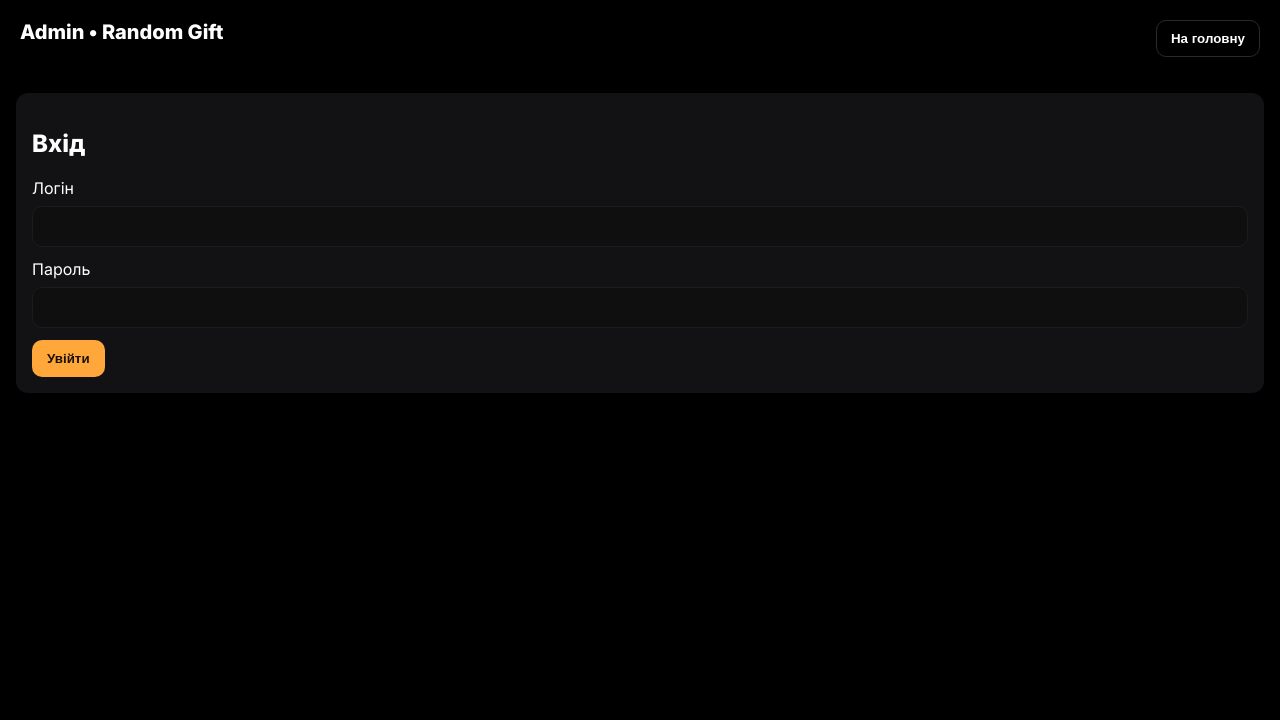
Repository: torunok/random-gift-roman
Page: docs/admin.html
These files come from the project's save history. The page is drawn as it stood at one moment and after the next save; the edit follows.
The browser window is 1280 px wide. The pictures show the whole page.

Above is the page before, as saved 2025-11-10 20:35:10.

### docs/admin.html
<!DOCTYPE html>
<html lang="uk">
  <head>
    <meta charset="utf-8" />
    <meta name="viewport" content="width=device-width, initial-scale=1" />
    <title>Admin • Random Gift</title>
    <link rel="preconnect" href="https://fonts.googleapis.com" />
    <link rel="preconnect" href="https://fonts.gstatic.com" crossorigin />
    <link href="https://fonts.googleapis.com/css2?family=Inter:wght@400;600;800&display=swap" rel="stylesheet" />
    <link rel="stylesheet" href="./styles.css" />
    <style>
      /* ВАЖЛИВО: керує видимістю вкладок */
      .tabpane {
        display: none;
      }
      .tabpane.active {
        display: block;
      }
      .muted {
        opacity: 0.8;
      }
      .preview-img {
        max-width: 240px;
        display: none;
        border-radius: 12px;
        box-shadow: 0 4px 18px rgba(0, 0, 0, 0.15);
      }
      .btn-group {
        display: inline-flex;
        gap: 8px;
        flex-wrap: wrap;
      }
      .td-actions {
        display: flex;
        gap: 8px;
      }
    </style>
  </head>
  <body>
    <div class="admin">
      <header class="header header--admin">
        <h1>Admin • Random Gift</h1>
        <button class="btn btn-ghost" onclick="window.location.href='https://torunok.github.io/random-gift-roman/admin'">На головну</button>
      </header>

      <main class="admin-main">
        <!-- ЛОГІН -->
        <section id="loginView" class="card">
          <h2>Вхід</h2>
          <label class="field">
            <span>Логін</span>
            <input id="admUser" type="text" />
          </label>
          <label class="field">
            <span>Пароль</span>
            <input id="admPass" type="password" />
          </label>
          <div class="actions">
            <button id="btnLogin" class="btn btn-primary">Увійти</button>
          </div>
          <div id="loginMsg" class="msg"></div>
        </section>

        <!-- АДМІН -->
        <section id="adminView" class="hidden">
          <div class="admin-tabs" style="margin-bottom: 12px">
            <button data-tab="gifts" class="tab active">Подарунки</button>
            <button data-tab="participants" class="tab">Учасники</button>
          </div>

          <!-- Вкладка: ПОДАРУНКИ -->
          <div id="tab-gifts" class="tabpane active">
            <div class="card">
              <h2>Список подарунків</h2>
              <div class="actions">
                <div class="btn-group">
                  <button id="btnReloadGifts" class="btn btn-ghost">Оновити</button>
                  <button id="btnNewGift" class="btn btn-primary">Додати</button>
                </div>
              </div>

              <div class="table-wrap">
                <table class="table" id="giftsTable">
                  <thead>
                    <tr>
                      <th>ID</th>
                      <th>Назва</th>
                      <th>Активний</th>
                      <th>Дії</th>
                    </tr>
                  </thead>
                  <tbody></tbody>
                </table>
              </div>
            </div>

            <div class="card" id="giftFormWrap" style="display: none">
              <h3 id="giftFormTitle">Новий подарунок</h3>

              <label class="field">
                <span>Назва</span>
                <input id="giftTitle" type="text" />
              </label>

              <label class="field">
                <span>Опис</span>
                <textarea id="giftDesc" rows="4"></textarea>
              </label>

              <label class="field">
                <span>URL зображення</span>
                <input id="giftImg" type="text" placeholder="https://... або /img/gifts/..." />
              </label>

              <div class="field">
                <label for="giftFile">Фото подарунка (jpeg/png/webp, до 10MB)</label>
                <input id="giftFile" type="file" accept="image/jpeg,image/png,image/webp" />
                <div class="row" style="margin-top: 8px">
                  <button id="btnUploadImage" type="button" class="btn btn-ghost">Завантажити фото</button>
                  <small class="muted" id="uploadHint">Після аплоаду поле «URL зображення» заповниться автоматично</small>
                </div>
              </div>

              <div class="field">
                <label>Прев’ю</label>
                <img id="giftPreview" alt="Прев’ю зображення" class="preview-img" />
              </div>

              <label class="check">
                <input id="giftActive" type="checkbox" checked />
                <span>Активний</span>
              </label>

              <div class="actions">
                <div class="btn-group">
                  <button id="btnSaveGift" class="btn btn-primary">Зберегти</button>
                  <button id="btnCancelGift" class="btn btn-ghost">Скасувати</button>
                </div>
              </div>
            </div>
          </div>

          <!-- Вкладка: УЧАСНИКИ -->
          <div id="tab-participants" class="tabpane">
            <div class="card">
              <h2>Учасники</h2>
              <div class="row">
                <input id="searchAssign" type="text" placeholder="Пошук по імені / ніку" />
                <button id="btnReloadAssign" class="btn btn-ghost">Оновити</button>
              </div>

              <div class="table-wrap">
                <table class="table" id="assignTable">
                  <thead>
                    <tr>
                      <th>ID</th>
                      <th>Ім’я</th>
                      <th>Telegram</th>
                      <th>GiftID</th>
                      <th>Час</th>
                      <th>Дії</th>
                    </tr>
                  </thead>
                  <tbody></tbody>
                </table>
              </div>
            </div>
          </div>
        </section>
      </main>
    </div>

    <!-- ВАЖЛИВО: правильний бекенд -->
    <script>
      window.API_BASE = "https://random-gift-roman.myhappyb.workers.dev";
    </script>
    <script src="./admin.js" defer></script>
  </body>
</html>

### docs/styles.css
:root {
    --bg: #0B0B0C;
    --fg: #FFFFFF;
    --muted: #A1A1AA;
    --accent: #FF9F2E;
    --accent-2: #6C9CFF;
    --panel: #121214;
    --border: #1E1E22;
    --panel-2: #0F0F10;

    --radius: 14px;
    --radius-sm: 10px;

    --eio: cubic-bezier(.2, .8, .2, 1);
    /* швидкий старт, сповільнення в кінці */
}

* {
    box-sizing: border-box;
}

html,
body {
    margin: 0;
    padding: 0;
    background: #121214;
    color: var(--fg);
    font-family: Inter, system-ui, -apple-system, Segoe UI, Roboto, Ubuntu, "Helvetica Neue", Arial, sans-serif;
    -webkit-font-smoothing: antialiased;
    -moz-osx-font-smoothing: grayscale;
}

a {
    color: var(--accent-2);
    text-decoration: none;
}

a:hover {
    text-decoration: underline;
}

/* ====== Layout ====== */
.header {
    padding: 20px;
    display: flex;
    justify-content: center;
}

.header h1 {
    font-size: 20px;
    font-weight: 800;
    margin: 0;
}

.header--admin {
    justify-content: flex-start;
}

.main {
    display: flex;
    justify-content: center;
    align-items: center;
    min-height: 60vh;
    padding: 20px;
}

.stage {
    width: min(980px, 94vw);
    min-height: 420px;
    border-radius: var(--radius);
    background: var(--panel);
    padding: 24px;
    position: relative;
    overflow: hidden;
    box-shadow: 0 10px 40px rgba(0, 0, 0, .35);
}

/* ====== Footer ====== */
.footer {
    padding: 20px;
    text-align: center;
    color: var(--muted);
}

/* ====== Modal ====== */
.modal {
    position: fixed;
    inset: 0;
    background: rgba(0, 0, 0, .65);
    display: flex;
    align-items: center;
    justify-content: center;
    z-index: 50;
}

.modal[aria-hidden="true"] {
    display: none;
}

.modal-content {
    background: var(--panel);
    width: min(640px, 94vw);
    padding: 24px;
    border-radius: var(--radius);
    box-shadow: 0 18px 60px rgba(0, 0, 0, .55);
    animation: scale-in .45s var(--eio) forwards;
}

/* ====== Form fields ====== */
.field {
    display: flex;
    flex-direction: column;
    gap: 8px;
    margin: 12px 0;
}

.field input,
.field textarea {
    background: var(--panel-2);
    border: 1px solid var(--border);
    color: var(--fg);
    border-radius: var(--radius-sm);
    padding: 12px;
    outline: none;
    transition: border-color .2s var(--eio), box-shadow .2s var(--eio);
}

.field input:focus,
.field textarea:focus {
    border-color: #2E2E33;
    box-shadow: 0 0 0 4px rgba(108, 156, 255, .12);
}

.check {
    display: flex;
    align-items: center;
    gap: 8px;
    margin: 12px 0;
    color: var(--muted);
}

.actions {
    display: flex;
    gap: 12px;
    margin-top: 12px;
    flex-wrap: wrap;
}

/* ====== Buttons ====== */
.btn {
    appearance: none;
    border: 1px solid transparent;
    padding: 10px 14px;
    border-radius: var(--radius-sm);
    font-weight: 700;
    cursor: pointer;
    transition: transform .12s var(--eio), box-shadow .2s var(--eio), background .2s var(--eio), border-color .2s var(--eio);
}

.btn:hover {
    transform: translateY(-1px);
}

.btn:active {
    transform: translateY(0);
}

.btn:disabled {
    opacity: .5;
    cursor: not-allowed;
}

.btn-primary {
    background: var(--accent);
    color: #1b1205;
}

.btn-primary:hover {
    box-shadow: 0 6px 18px rgba(255, 159, 46, .35);
}

.btn-ghost {
    background: transparent;
    border-color: #2a2a2d;
    color: var(--fg);
}

.btn-ghost:hover {
    border-color: #3A3A3F;
    box-shadow: 0 4px 16px rgba(0, 0, 0, .2);
}

.btn-danger {
    background: #FF5A5A;
    color: #1b0e0e;
}

.btn-danger:hover {
    box-shadow: 0 6px 18px rgba(255, 90, 90, .35);
}

/* ====== Cards & Tables ====== */
.card {
    background: var(--panel);
    padding: 16px;
    border-radius: 12px;
    box-shadow: 0 8px 30px rgba(0, 0, 0, .3);
    margin-bottom: 16px;
}

.table-wrap {
    width: 100%;
    overflow-x: auto;
}

.table {
    width: 100%;
    border-collapse: collapse;
    min-width: 640px;
}

.table th,
.table td {
    border-bottom: 1px solid var(--border);
    padding: 10px;
    text-align: left;
    white-space: nowrap;
}

.td-actions {
    display: flex;
    gap: 8px;
}

/* ====== Helpers ====== */
.hidden {
    display: none;
}

.row {
    display: flex;
    gap: 12px;
    align-items: center;
    margin: 8px 0;
    flex-wrap: wrap;
}

.center {
    display: flex;
    align-items: center;
    justify-content: center;
}

/* ====== Анімації ====== */
.fade-in {
    animation: fade-in .38s var(--eio) forwards;
}

@keyframes fade-in {
    from {
        opacity: 0
    }

    to {
        opacity: 1
    }
}

.slide-left {
    animation: slide-left .44s var(--eio) forwards;
}

@keyframes slide-left {
    from {
        opacity: 0;
        transform: translateX(-28px)
    }

    to {
        opacity: 1;
        transform: none
    }
}

.slide-right {
    animation: slide-right .44s var(--eio) forwards;
}

@keyframes slide-right {
    from {
        opacity: 0;
        transform: translateX(28px)
    }

    to {
        opacity: 1;
        transform: none
    }
}

.scale-in {
    animation: scale-in .42s var(--eio) forwards;
}

@keyframes scale-in {
    from {
        opacity: 0;
        transform: scale(.92)
    }

    to {
        opacity: 1;
        transform: scale(1)
    }
}

/* плавніше затемнення/оверлей */
.ease-slow {
    animation-timing-function: var(--eio);
}

/* ====== Спец екрани ====== */
.full-black {
    position: absolute;
    inset: 0;
    background: #000;
    display: flex;
    align-items: center;
    justify-content: center;
    color: #fff;
    font-size: 28px;
}

/* ====== Контентні блоки ====== */
.gift-wrap {
    display: flex;
    gap: 20px;
    align-items: center;
    justify-content: center;
    flex-wrap: wrap;
}

.gift-img {
    max-width: min(60vw, 480px);
    border-radius: 12px;
    box-shadow: 0 10px 40px rgba(0, 0, 0, .6);
}

.gift-desc {
    max-width: 520px;
    background: #101012;
    border: 1px solid #202026;
    padding: 16px 20px;
    border-radius: 12px;
}

/* ====== Intro ====== */
.intro {
    display: flex;
    gap: 20px;
    align-items: center;
    justify-content: center;
    flex-wrap: wrap;
}

.intro .photo {
    width: 262px;
    height: 440px;
    border-radius: 16px;
    overflow: hidden;
}

.intro .photo img {
    width: 100%;
    height: 100%;
    object-fit: cover;
}

.intro .text {
    max-width: 560px;
}

/* ====== Admin layout (responsive) ====== */
.admin-main {
    padding: 16px;
}

.admin-tabs {
    display: flex;
    gap: 8px;
    margin-bottom: 12px;
    flex-wrap: wrap;
}

.tab {
    border: 1px solid var(--border);
    background: var(--panel-2);
    color: var(--fg);
    padding: 8px 12px;
    border-radius: 10px;
    cursor: pointer;
}

.tab.active {
    background: #18181B;
    border-color: #2A2A2F;
}

.btn-group {
    display: inline-flex;
    gap: 8px;
    flex-wrap: wrap;
}

/* ====== Mobile tweaks ====== */
@media (max-width: 640px) {
    .stage {
        padding: 16px;
    }

    .header h1 {
        font-size: 18px;
    }

    .gift-img {
        max-width: 100%;
    }

    .gift-desc {
        width: 100%;
    }

    .table {
        min-width: 560px;
    }

    .row {
        gap: 8px;
    }

    .btn {
        padding: 10px 12px;
    }
}

:root {
    --bg: #0B0B0C;
    --fg: #FFFFFF;
    --muted: #999;
    --accent: #FFA73B;
    --panel: #121214;
}


* {
    box-sizing: border-box
}

html,
body {
    height: 100%;
    margin: 0;
    padding: 0;
    background: #000000;
    color: var(--fg);
    font-family: Inter, system-ui, -apple-system, Segoe UI, Roboto, Ubuntu, "Helvetica Neue", Arial, sans-serif
}

body {
    display: flex;
    flex-direction: column;
}


.header {
    padding: 20px;
    display: flex;
    justify-content: center
}

.header h1 {
    font-size: 20px;
    font-weight: 800;
    margin: 0
}

.header--admin {
    justify-content: space-between;
}


.main {
    display: flex;
    justify-content: center;
    align-items: center;
    min-height: 60vh;
    padding: 20px;
    flex: 1;
}


/* НОВЕ: локальна обгортка для модалки над stage */
.stage-wrap {
    position: relative;
    width: 100%;
    display: flex;
    justify-content: center;
}


.stage {
    align-content: center;
    width: min(980px, 94vw);
    min-height: 420px;
    border-radius: 16px;
    background: var(--panel);
    padding: 24px;
    position: relative;
    /* зберігаємо */
    overflow: hidden
}


.footer {
    padding: 20px;
    text-align: center;
    color: var(--muted);
}


/* Модалка тепер локальна (лише над stage) */
.modal {
    position: absolute;
    /* було fixed */
    inset: 0;
    margin: auto;
    display: flex;
    align-items: center;
    justify-content: center;
    background: rgba(0, 0, 0, .7);
    z-index: 50;
}

.modal[aria-hidden="true"] {
    display: none
}


.modal-content {
    background: var(--panel);
    width: min(640px, 94vw);
    padding: 24px;
    border-radius: 16px;
    box-shadow: 0 10px 40px rgba(0, 0, 0, .5)
}


.field {
    display: flex;
    flex-direction: column;
    gap: 8px;
    margin: 12px 0
}

.field input,
.field textarea {
    background: #0f0f10;
    border: 1px solid #1c1c1e;
    color: var(--fg);
    border-radius: 10px;
    padding: 12px
}


.check {
    display: flex;
    align-items: center;
    gap: 8px;
    margin: 12px 0;
    color: var(--muted)
}


.actions {
    display: flex;
    gap: 12px;
    margin-top: 12px
}


.btn {
    appearance: none;
    border: 1px solid transparent;
    padding: 10px 14px;
    border-radius: 10px;
    font-weight: 600;
    cursor: pointer
}

.btn-primary {
    background: var(--accent);
    color: #1b1205
}

.btn-ghost {
    background: transparent;
    border-color: #2a2a2d;
    color: var(--fg)
}

.btn:disabled {
    opacity: .5;
    cursor: not-allowed
}


.card {
    background: var(--panel);
    padding: 16px;
    border-radius: 12px;
    box-shadow: 0 8px 30px rgba(0, 0, 0, .3);
    margin-bottom: 16px
}


.table {
    width: 100%;
    border-collapse: collapse
}

.table th,
.table td {
    border-bottom: 1px solid #1e1e22;
    padding: 10px;
    text-align: left
}


.hidden {
    display: none
}


.row {
    display: flex;
    gap: 12px;
    align-items: center;
    margin: 8px 0
}


/* Анімації */
.fade-in {
    animation: fade-in .5s ease forwards
}

@keyframes fade-in {
    from {
        opacity: 0
    }

    to {
        opacity: 1
    }
}

.slide-left {
    animation: slide-left .6s ease forwards
}

@keyframes slide-left {
    from {
        opacity: 0;
        transform: translateX(-30px)
    }

    to {
        opacity: 1;
        transform: none
    }
}

.slide-right {
    animation: slide-right .6s ease forwards
}

@keyframes slide-right {
    from {
        opacity: 0;
        transform: translateX(30px)
    }

    to {
        opacity: 1;
        transform: none
    }
}

.scale-in {
    animation: scale-in .5s ease forwards
}

@keyframes scale-in {
    from {
        opacity: 0;
        transform: scale(.92)
    }

    to {
        opacity: 1;
        transform: scale(1)
    }
}


/* Спец екрани */
.full-black {
    position: absolute;
    inset: 0;
    background: #000;
    display: flex;
    align-items: center;
    justify-content: center;
    color: #fff;
    font-size: 28px
}


.center {
    display: flex;
    align-items: center;
    justify-content: center
}


/* Блок подарунку */
.gift-wrap {
    display: flex;
    gap: 20px;
    align-items: center;
    justify-content: center;
    flex-wrap: wrap
}

.gift-img {
    max-width: min(60vw, 480px);
    border-radius: 12px;
    box-shadow: 0 10px 40px rgba(0, 0, 0, .6)
}

.gift-desc {
    max-width: 520px;
    background: #101012;
    border: 1px solid #202026;
    padding: 16px 20px;
    border-radius: 12px
}

Loaded but not shown: docs/admin.js (355 lines, source omitted)

After the next save:
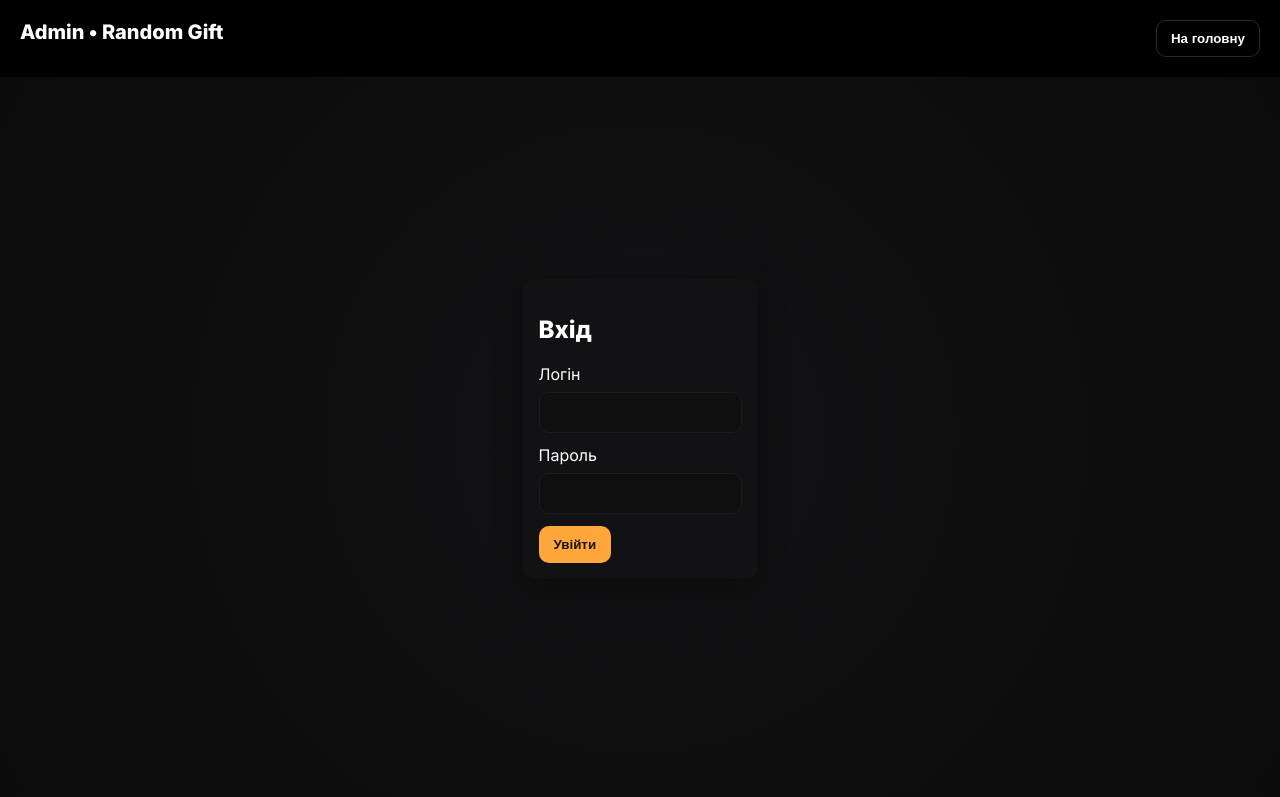
Saved 53 min 5 s later.
--- a/docs/styles.css
+++ b/docs/styles.css
@@ -382,7 +382,11 @@ a:hover {
 
 /* ====== Admin layout (responsive) ====== */
 .admin-main {
-    padding: 16px;
+    display: flex;
+    align-items: center;
+    justify-content: center;
+    height: 100vh;
+    background: radial-gradient(circle at center, #121214 0%, #0b0b0c 100%);
 }
 
 .admin-tabs {
